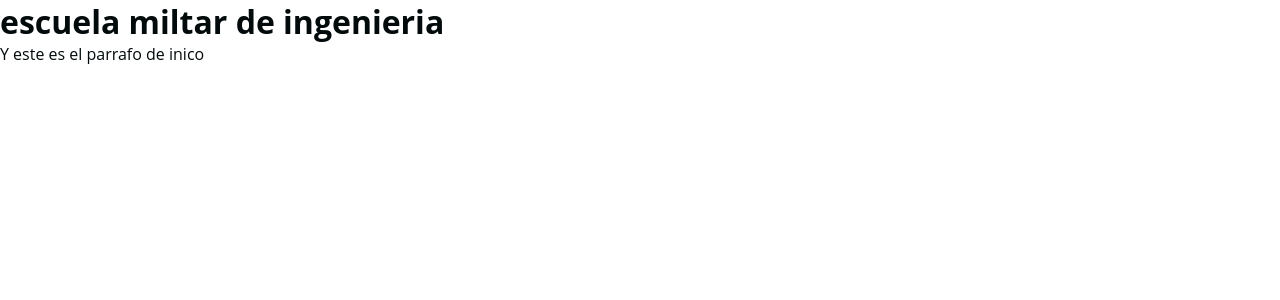
Repository: tatianasuxo/FN-prodct-card-component
Page: proyects/git-ejemplo/projects/git-ejemplo/index.html
An editor plug-in stored every save of this project. The page is shown before and after the next save, followed by the edit.
The browser window is 1280 px wide. The pictures show the whole page.

Above is the page before, as saved 2023-03-01 16:40:52.

### proyects/git-ejemplo/projects/git-ejemplo/index.html
<!DOCTYPE html>
<html lang="en">
<head>
    <meta charset="UTF-8">
    <meta http-equiv="X-UA-Compatible"
    content="IE=edge">
    <meta name="viewport"
    content="width=device-width,
    initial-scale=1.0">

    <link rel="stylesheet" href="./styles.css">
    <title>Mi primer html---</title>
</head>
<body>
    <h1>escuela miltar de ingenieria</h1>
    <p> Y este es el parrafo de inico</p>
</body>
</html

### ejemplo1/styles.css
* {
    margin: 0;
    padding: 0;
    box-sizing: border-box;
}

body {
    font-family: 'open sans';
    color: #030a0c;
}

.contenedor {
    padding: 60px 0;
    width: 90%;
    max-width: 1000px;
    margin: auto;
    overflow: hidden;
}

.titulo {
    color: #7fa9c5;
    font-size: 30px;
    text-align: center;
    margin-bottom: 60px;
}

/* Header */

header {
    width: 100%;
    height: 600px;
    background: #71e1f5;

    background-size: cover;
    background-attachment: fixed;
    position: relative;
}





header .textos-header{
    display: flex;
    height: 430px;
    width: 100%;
    align-items: center;
    justify-content: center;
    flex-direction: column;
    text-align: center;
}

After the next save:
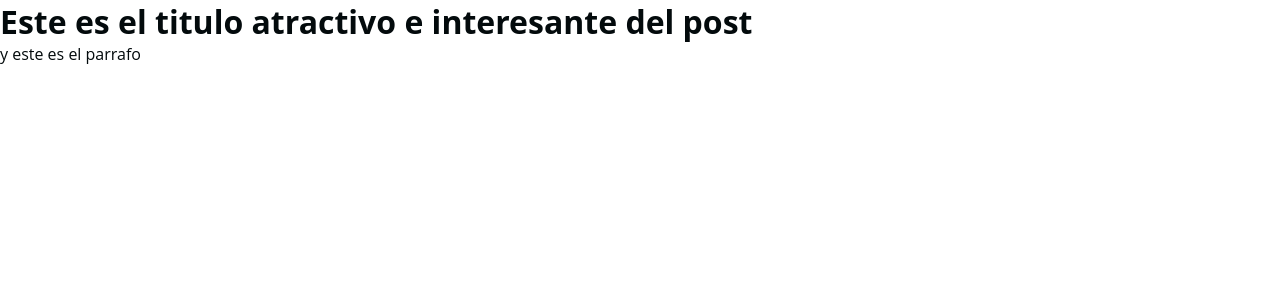
Saved 4 s later.
--- a/proyects/git-ejemplo/projects/git-ejemplo/index.html
+++ b/proyects/git-ejemplo/projects/git-ejemplo/index.html
@@ -9,10 +9,16 @@
     initial-scale=1.0">
 
     <link rel="stylesheet" href="./styles.css">
-    <title>Mi primer html---</title>
+    <title>El titulo del post</title>
 </head>
 <body>
-    <h1>escuela miltar de ingenieria</h1>
-    <p> Y este es el parrafo de inico</p>
+    <div id="container">
+        <div id="post">
+            <h1>Este es el titulo atractivo e interesante del post</h1>
+            <p>y este es el parrafo</p>
+
+        </div>
+
+    </div>
 </body>
 </html
